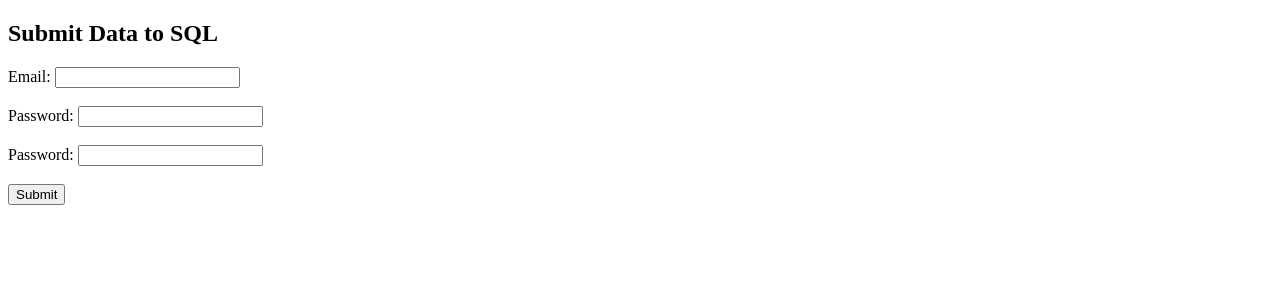
Repository: aayaaaaaaa/JciTriningg
Page: http://localhost/
The author's editor kept a copy of each file at every save. The page is drawn from the files as they stood at one save, then again after the next save.
The browser window is 1280 px wide. The pictures show the whole page.
The page is run by PHP 8.4 with error messages shown; the project is at /var/www/html/.

Above is the page before, as saved 2023-08-16 20:00:46.

### index.php
<!DOCTYPE html>
<html>
<head>
    <title>Submit Data to SQL</title>
</head>
<body>
    <h2>Submit Data to SQL</h2>
    <form action="submit.php" method="post">
        <label for="email">Email:</label>
        <input type="email" id="email" name="email" required><br><br>

        <label for="password">Password:</label>
        <input type="password" id="password" name="password" required><br><br>
         <label for="password">Password:</label>
        <input type="password" id="password" name="password" required><br><br>
        <input type="submit" value="Submit">
    </form>
</body>
</html>

After the next save:
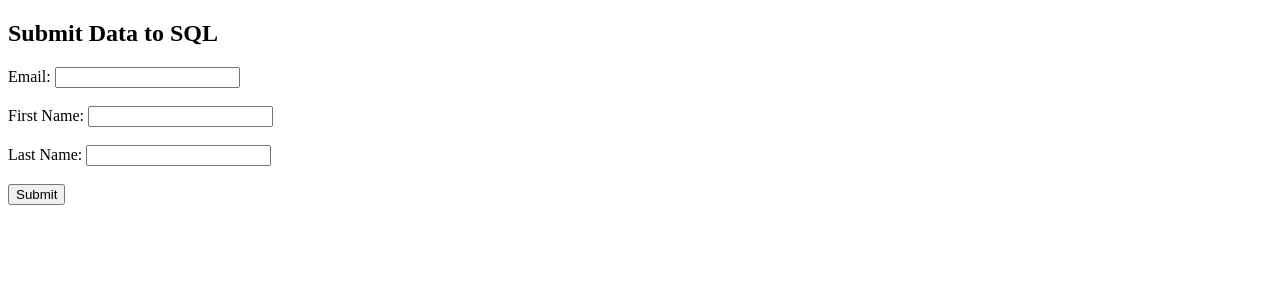
Saved 77 s later.
--- a/index.php
+++ b/index.php
@@ -9,10 +9,10 @@
         <label for="email">Email:</label>
         <input type="email" id="email" name="email" required><br><br>
 
-        <label for="password">Password:</label>
-        <input type="password" id="password" name="password" required><br><br>
-         <label for="password">Password:</label>
-        <input type="password" id="password" name="password" required><br><br>
+        <label for="fname">First Name:</label>
+        <input type="text" id="fname" name="fname" required><br><br>
+         <label for="lname">Last Name:</label>
+        <input type="text" id="lname" name="lname" required><br><br>
         <input type="submit" value="Submit">
     </form>
 </body>
